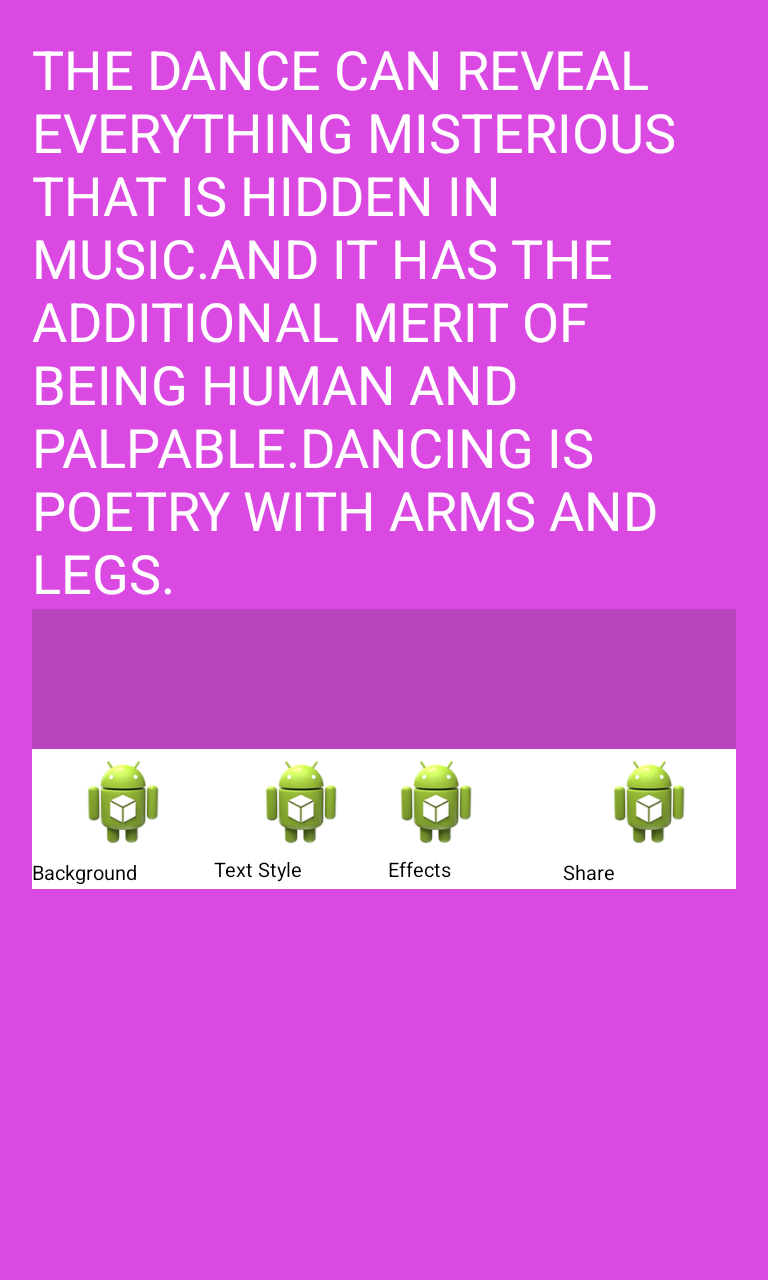
Repository: roopasree/new-pgm
Layout: Newapp/res/layout/activity2_main.xml
These files come from the project's save history. The layout is drawn as it stood at one moment and after the next save; the edit follows.
It is drawn on a 768 x 1280 px phone screen (xhdpi) without system bars, with theme AppTheme; the app's code is not run.

Above is the layout before, as saved 2015-02-16 04:52:35.

### Newapp/res/layout/activity2_main.xml
<RelativeLayout xmlns:android="http://schemas.android.com/apk/res/android"
    xmlns:tools="http://schemas.android.com/tools"
    android:layout_width="match_parent"
    android:layout_height="match_parent"
    android:background="#DA49E2"
    android:paddingBottom="@dimen/activity_vertical_margin"
    android:paddingLeft="@dimen/activity_horizontal_margin"
    android:paddingRight="@dimen/activity_horizontal_margin"
    android:paddingTop="@dimen/activity_vertical_margin"
    tools:context="com.example.newapp.MainActivity" >

    <TextView
        android:id="@+id/textView1"
        android:layout_width="wrap_content"
        android:layout_height="wrap_content"
        android:text="THE DANCE CAN REVEAL EVERYTHING MISTERIOUS THAT IS HIDDEN IN MUSIC.AND IT HAS THE ADDITIONAL MERIT OF BEING HUMAN AND PALPABLE.DANCING IS POETRY WITH ARMS AND LEGS."
        android:textAppearance="?android:attr/textAppearanceLarge"
        android:textColor="#FFFFFF"
        android:textSize="27sp"
        android:textStyle="normal" />

    <LinearLayout
        android:id="@+id/linearLayout1"
        android:layout_width="match_parent"
        android:layout_height="70dp"
        android:layout_alignLeft="@+id/textView1"
        android:layout_below="@+id/textView1"
        android:background="#B945BE"
        android:orientation="horizontal" >
    </LinearLayout>

    <LinearLayout
        android:layout_width="match_parent"
        android:layout_height="70dp"
        android:layout_alignLeft="@+id/linearLayout1"
        android:layout_below="@+id/linearLayout1"
        android:background="#FFFFFF"
        android:weightSum="4.0" >

        <LinearLayout
            android:layout_width="wrap_content"
            android:layout_height="match_parent"
            android:layout_weight="1.0"
            android:layout_gravity="center_horizontal"
            android:orientation="vertical"
            android:weightSum="3.0" >

            <ImageView
                android:id="@+id/imageView1"
                android:layout_width="wrap_content"
                android:layout_height="wrap_content"
                android:layout_gravity="center"
                android:layout_weight="2.0"
                android:src="@drawable/ic_launcher" />

            <TextView
                android:id="@+id/textView2"
                android:layout_width="wrap_content"
                android:layout_height="wrap_content"
                android:layout_weight="1.0"
                android:gravity="center"
                android:text="Background"
                android:textAppearance="?android:attr/textAppearanceMedium"
                android:textColor="#000000"
                android:textSize="10sp" />
        </LinearLayout>

        <LinearLayout
            android:layout_width="wrap_content"
            android:layout_height="match_parent"
            android:layout_weight="1.0"
            android:layout_gravity="center_horizontal"
            android:orientation="vertical"
            android:weightSum="3.0" >

            <ImageView
                android:id="@+id/ImageView01"
                android:layout_width="wrap_content"
                android:layout_height="wrap_content"
                android:layout_gravity="center"
                android:layout_weight="2.0"
                android:src="@drawable/ic_launcher" />

            <TextView
                android:id="@+id/TextView01"
                android:layout_width="wrap_content"
                android:layout_height="wrap_content"
                android:layout_weight="1.0"
                android:text="Text Style"
                android:textAppearance="?android:attr/textAppearanceMedium"
                android:textColor="#000000"
                android:textSize="10sp" />
        </LinearLayout>

        <LinearLayout
            android:layout_width="wrap_content"
            android:layout_height="match_parent"
            android:layout_weight="1.0"
            android:layout_gravity="center_horizontal"
            android:orientation="vertical" >

            <ImageView
                android:id="@+id/ImageView02"
                android:layout_width="wrap_content"
                android:layout_height="wrap_content"
                android:layout_weight="2.0"
                android:src="@drawable/ic_launcher" />

            <TextView
                android:id="@+id/TextView02"
                android:layout_width="wrap_content"
                android:layout_height="wrap_content"
                android:layout_weight="1.0"
                android:text="Effects"
                android:textAppearance="?android:attr/textAppearanceMedium"
                android:textColor="#000000"
                android:textSize="10sp" />
        </LinearLayout>

        <LinearLayout
            android:layout_width="wrap_content"
            android:layout_height="match_parent"
            android:layout_weight="1.0"
            android:layout_gravity="center_horizontal"
            android:orientation="vertical"
            android:weightSum="3.0" >

            <ImageView
                android:id="@+id/ImageView03"
                android:layout_width="wrap_content"
                android:layout_height="wrap_content"
                android:layout_gravity="center"
                android:layout_weight="2.0"
                android:src="@drawable/ic_launcher" />

            <TextView
                android:id="@+id/TextView03"
                android:layout_width="wrap_content"
                android:layout_height="wrap_content"
                android:layout_weight="1.0"
                android:gravity="center"
                android:text="Share"
                android:textAppearance="?android:attr/textAppearanceMedium"
                android:textColor="#000000"
                android:textSize="10sp" />
        </LinearLayout>
    </LinearLayout>

</RelativeLayout>

Loaded but not shown: Newapp/res/values/styles.xml (common file); Newapp/res/values-v11/styles.xml (common file); Newapp/res/values-v14/styles.xml (common file); Newapp/res/values/dimens.xml (common file); Newapp/res/values-w820dp/dimens.xml (common file)

After the next save:
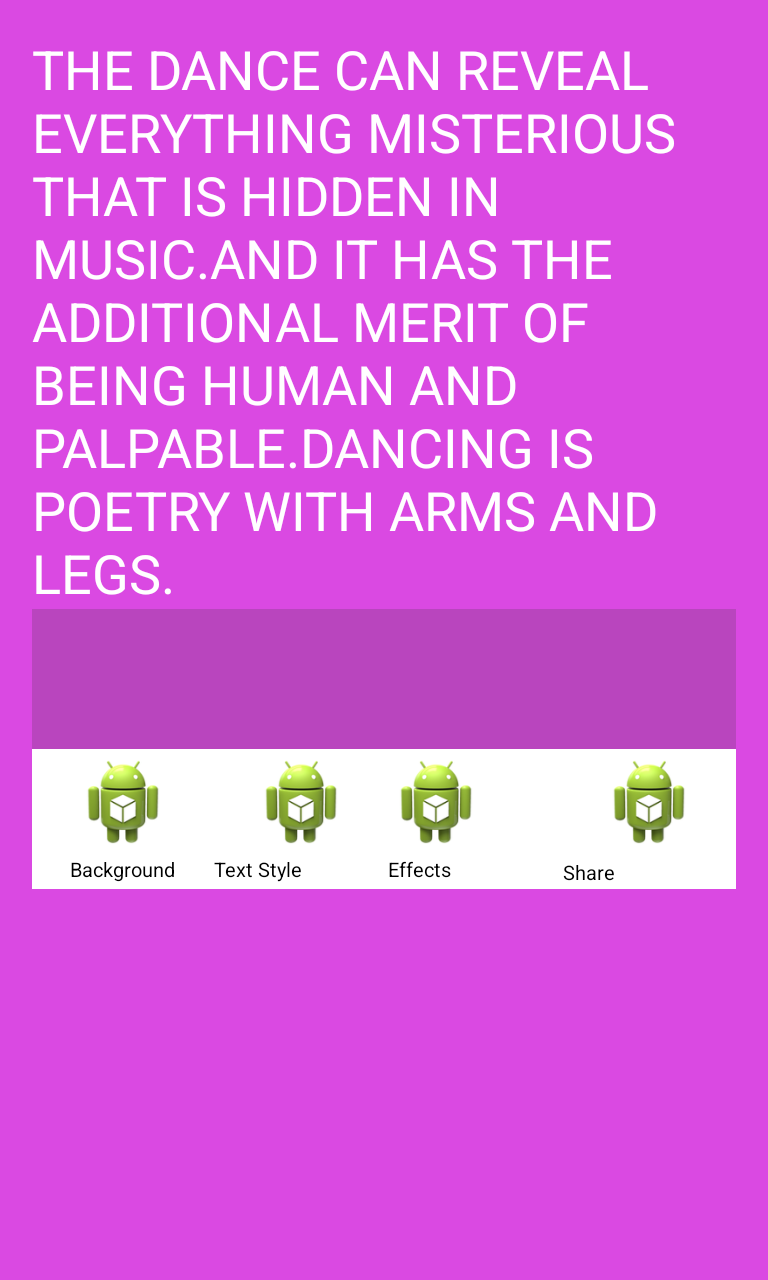
Saved 5 min 19 s later.
--- a/Newapp/res/layout/activity2_main.xml
+++ b/Newapp/res/layout/activity2_main.xml
@@ -58,8 +58,7 @@
                 android:layout_width="wrap_content"
                 android:layout_height="wrap_content"
                 android:layout_weight="1.0"
-                android:gravity="center"
-                android:text="Background"
+android:layout_gravity="center"                android:text="Background"
                 android:textAppearance="?android:attr/textAppearanceMedium"
                 android:textColor="#000000"
                 android:textSize="10sp" />
@@ -143,6 +142,7 @@
                 android:textAppearance="?android:attr/textAppearanceMedium"
                 android:textColor="#000000"
                 android:textSize="10sp" />
+
         </LinearLayout>
     </LinearLayout>
 
